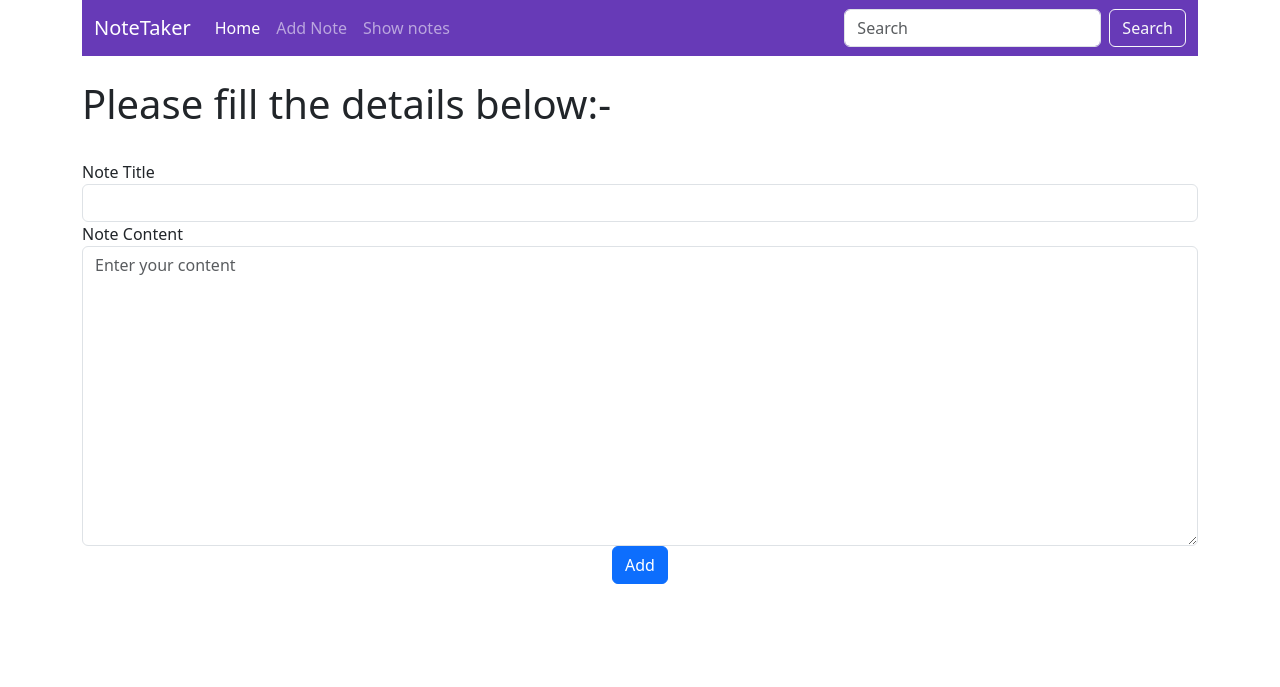
Repository: smritihbtu/Note-Maker
Page: http://localhost/NoteTaker/add_notes.jsp
An editor plug-in stored every save of this project. The page is shown before and after the next save, followed by the edit.
The browser window is 1280 px wide. The pictures show the whole page.
The page is served by Tomcat 9.

Above is the page before, as saved 2023-08-20 07:08:33.

After the next save:
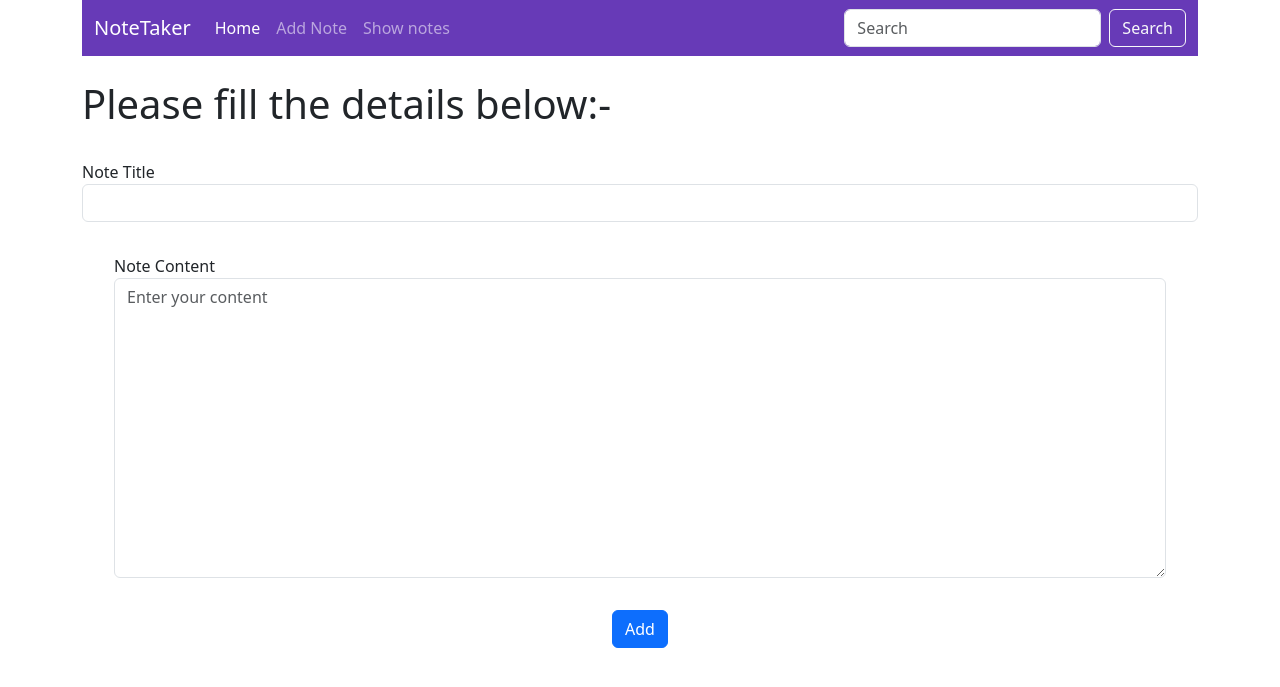
Saved 40 min 53 s later.
--- a/NoteTaker/src/main/webapp/add_notes.jsp
+++ b/NoteTaker/src/main/webapp/add_notes.jsp
@@ -31,7 +31,7 @@
 
 
 
-  <div class="form-group">
+  <div class="form-group p-3 m-3">
     <label for="content" >Note Content</label>
     <textarea required id="content" placeholder= "Enter your content"
     class="form-control " style = "height:300px;"></textarea>
